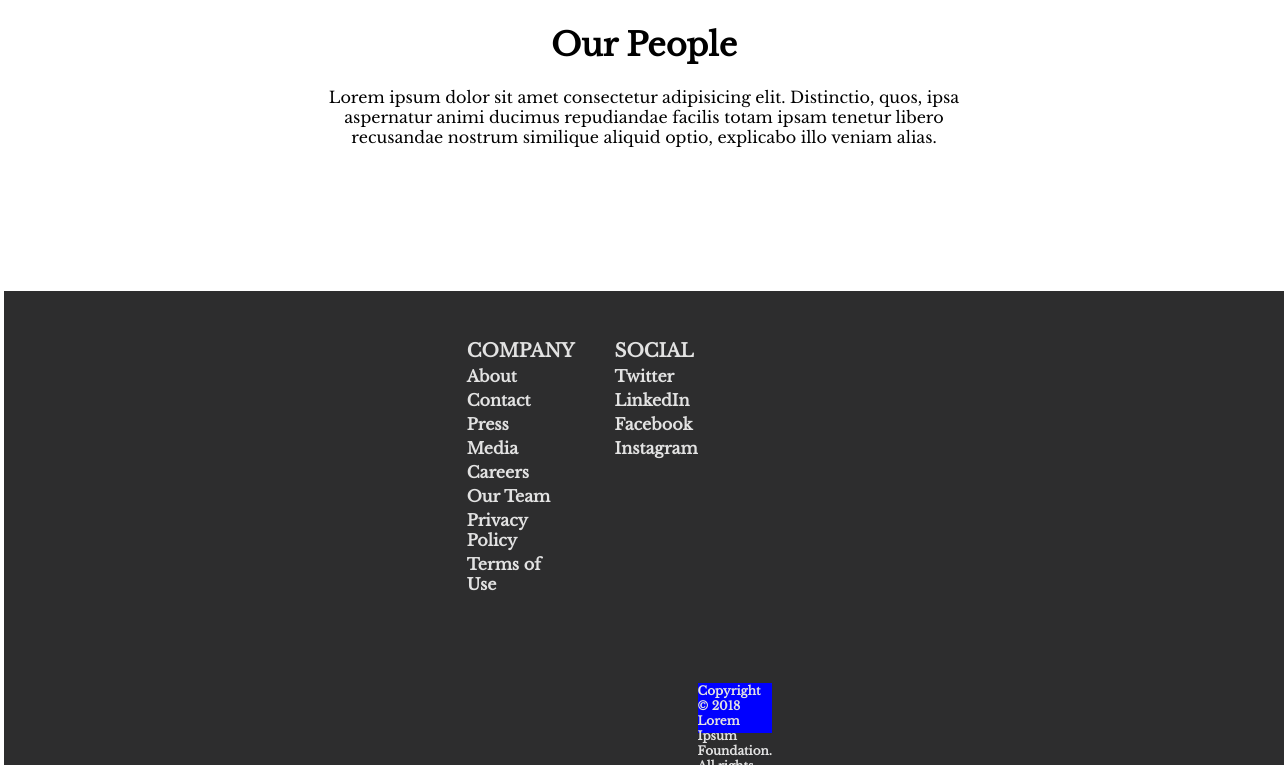
Repository: Tsardines/app
Page: / (app in my-app/)
The author's editor kept a copy of each file at every save. The page is drawn from the files as they stood at one save, then again after the next save.
The browser window is 1280 px wide. The page is 1288 px wide, so the pictures cover 1288 px, including what lies to the right of the window. The pictures show the whole page.
The page's requests for data from a server got no answer. The project was rebuilt for these pictures with package versions that can differ from the ones it lists, and the page was loaded fresh each time. No one was signed in, and anything a server would have sent is missing.

Above is the page before, as saved 2018-11-14 20:26:02.

### my-app/public/index.html
<!DOCTYPE html>
<html lang="en">
  <head>
    <meta charset="utf-8">
    <meta name="viewport" content="width=device-width, initial-scale=1, shrink-to-fit=no">
    <meta name="theme-color" content="#000000">
    <!--
      manifest.json provides metadata used when your web app is added to the
      homescreen on Android. See https://developers.google.com/web/fundamentals/web-app-manifest/
    -->
    <link rel="manifest" href="%PUBLIC_URL%/manifest.json">
    <link href="https://fonts.googleapis.com/css?family=Libre+Baskerville" rel="stylesheet">
    <!--
      Notice the use of %PUBLIC_URL% in the tags above.
      It will be replaced with the URL of the `public` folder during the build.
      Only files inside the `public` folder can be referenced from the HTML.

      Unlike "/favicon.ico" or "favicon.ico", "%PUBLIC_URL%/favicon.ico" will
      work correctly both with client-side routing and a non-root public URL.
      Learn how to configure a non-root public URL by running `npm run build`.
    -->
    <title>React App</title>
  </head>
  <body>
    <noscript>
      You need to enable JavaScript to run this app.
    </noscript>
    <div id="root"></div>
    <!--
      This HTML file is a template.
      If you open it directly in the browser, you will see an empty page.

      You can add webfonts, meta tags, or analytics to this file.
      The build step will place the bundled scripts into the <body> tag.

      To begin the development, run `npm start` or `yarn start`.
      To create a production bundle, use `npm run build` or `yarn build`.
    -->
  </body>
</html>

### my-app/src/index.css
body {
  margin: 0;
  padding: 0;
  font-family: 'Libre Baskerville', serif;
  -webkit-font-smoothing: antialiased;
  -moz-osx-font-smoothing: grayscale;
}

code {
  font-family: source-code-pro, Menlo, Monaco, Consolas, "Courier New",
    monospace;
}

### my-app/src/App.js
import React, { Component } from 'react';

import Footer from './components/Footer.js';
import './App.css';

class App extends Component {
  constructor(props) {
    super(props);

    this.state = {
      items: []
    };
    this.componentWillMount = this.componentWillMount.bind(this);
  }

  componentWillMount() {
    fetch('https://api.myjson.com/bins/vz2rm')
    .then(res => res.json())
    .then(data => {
      this.setState({ items: data });
    });
  }


  render() {

    const { items } = this.state;

    return (
      <div className="App">

      <span className="our-people"><h1>Our People</h1></span>
      <span className="intro"><p>Lorem ipsum dolor sit amet consectetur adipisicing elit. Distinctio, quos, ipsa aspernatur animi ducimus repudiandae facilis totam ipsam tenetur libero recusandae nostrum similique aliquid optio, explicabo illo veniam alias.</p></span>

          { items.map((item, num) => {
              return (

                <div className="people">

                  <div className="elem">
                    <p key={num}>{item.elems}</p>
                  </div>

                    <p key={num}><strong>{item.name}</strong></p>
                    <p key={num}><small>{item.title}</small></p>

                  <div className="hidden">
                    <p key={num}>{item.email}</p>
                    <p key={num}><strong>Office: </strong>{item.office}</p>
                  </div>

                </div>

              );

            })}

            <Footer />

      </div>
    );
  }
}


export default App;

### my-app/src/components/Footer.js
import React from 'react';
import './Footer.css';
import beaker from './beaker.png';

const Footer = () => {
  return (

    <div className="footer">

    <img src={beaker} alt="beaker" className="beaker"></img>

        <div className="left">
            <ul>
                <span className="footer-title"><li><strong>Company</strong></li></span>
                <a href="#"><li>About</li></a>
                <a href="#"><li>Contact</li></a>
                <a href="#"><li>Press</li></a>
                <a href="#"><li>Media</li></a>
                <a href="#"><li>Careers</li></a>
                <a href="#"><li>Our Team</li></a>
                <a href="#"><li>Privacy Policy</li></a>
                <a href="#"><li>Terms of Use</li></a>
            </ul>
        </div>

        <div className="right">
            <ul>
                <span className="footer-title"><li><strong>Social</strong></li></span>
                <a href="#"><li>Twitter</li></a>
                <a href="#"><li>LinkedIn</li></a>
                <a href="#"><li>Facebook</li></a>
                <a href="#"><li>Instagram</li></a>
            </ul>
        </div>

        <span className="copy">Copyright &copy; 2018 Lorem Ipsum Foundation. All rights reserved.</span>

    </div>
  );
}

export default Footer;

### my-app/src/App.css
.App {
  display: flex;
  flex-direction: column;
  flex-flow: row nowrap;
  flex-wrap: wrap;
  max-width: 100%;
  overflow-x: hidden;
  padding: 0.25em;
  text-align: center;
  width: 100%;
}

.our-people {
  text-align: center;
  width: 100%;
}

.intro p {
  margin: auto;
  padding-bottom: 5em;
  width: 50%;
}

.people {
  background-color: #f8f8f8;
  border: 1px solid rgb(252, 244, 234);
  height: 22.5vh;
  margin: 0.5em;
  /* max-height: 22vh;
  max-width: 13vw; */
  /* min-height: 22vh;
  min-width: 13vw; */
  padding: 1.5em;
  text-align: left;
  width: 12vw;
}

.elem {
  font-size: 3.45em;
  margin-bottom: -1em;
  margin-top: -1em;
}

.elem:hover {
  color: #87f0f9;
  transition: 0.2s;
}

.hidden {
  font-size: 0.75em;
  opacity: 0.15;
}

.hidden:hover {
  opacity: 1;
  transition: 0.4s;
}

### my-app/src/components/Footer.css
.footer {
    background-color: #2d2d2e;
    color: rgb(226, 226, 226);
    display: flex;
    font-weight: bold;
    justify-content: flex-end;
    margin-top: 4em;
    overflow-x: hidden;
    padding: 2em;
    text-align: left;
    width: 100%;
}

.footer a {
    color: rgb(226, 226, 226);
    text-decoration: none;
}

.footer a:hover {
    color: turquoise;
}

.left ul li, .right ul li {
    font-size: 1em;
    list-style-type: none;
    padding-bottom: 0.25em;
}

.left {
    float: left;
    width: 20%;
}

.right {
    float: right;
    height: 10vh;
    width: 15%;
}

.footer-title {
    font-size: 1.15em;
    text-transform: uppercase;
}

.beaker {
    height: 10vh;
    margin: 2em 35em 0 0;
    width: 7vw;
}

.copy {
    background-color: blue;
    font-size: 0.75em;
    height: 7vh;
    margin-right: 40em;
    margin-top: 30em;
}

Loaded but not shown: my-app/src/index.js (common file); my-app/src/serviceWorker.js (common file)

After the next save:
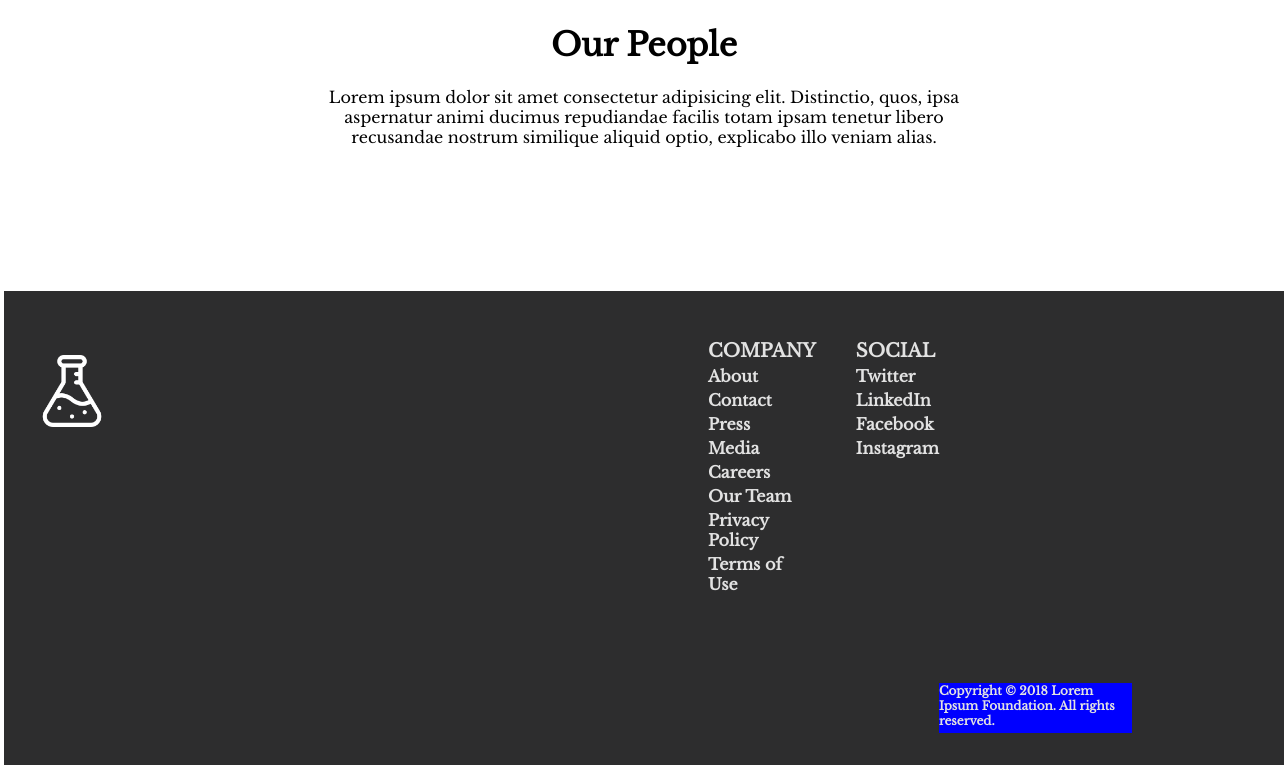
Saved 2 min 44 s later.
--- a/my-app/src/components/Footer.css
+++ b/my-app/src/components/Footer.css
@@ -52,6 +52,6 @@
     background-color: blue;
     font-size: 0.75em;
     height: 7vh;
-    margin-right: 40em;
+    margin-right: 10em;
     margin-top: 30em;
 }
